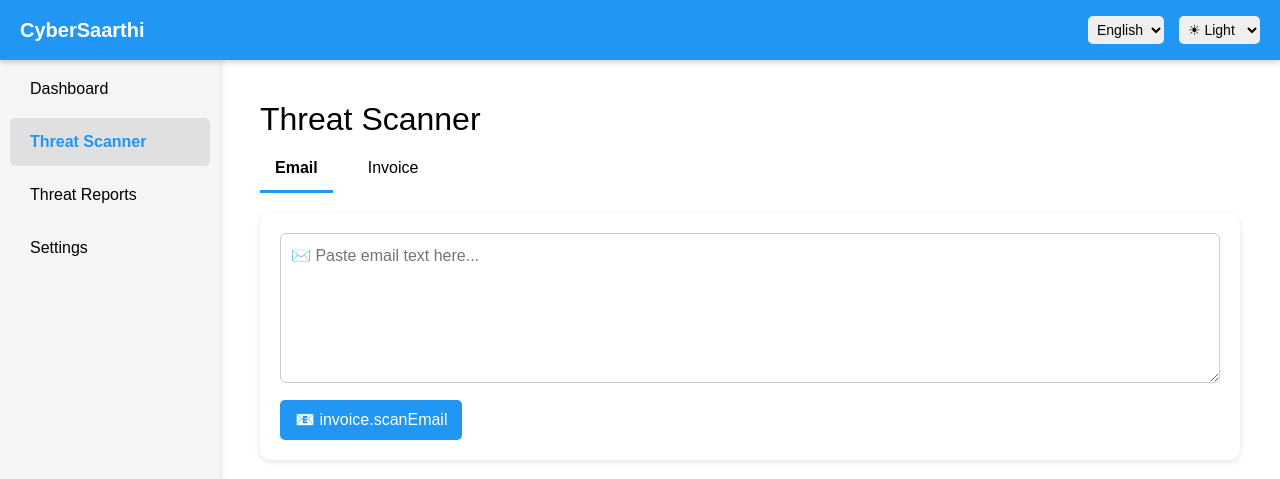
Repository: riyaaaa19/CyberSaarthi
Page: /scanner (app in frontend/)
An editor plug-in stored every save of this project. The page is shown before and after the next save, followed by the edit.
The browser window is 1280 px wide. The pictures show the whole page.
The project was rebuilt for these pictures with package versions that can differ from the ones it lists, and the page was loaded fresh each time. Also part of the build but not shown: frontend/vite.config.ts, frontend/src/services/api.js, frontend/src/pages/Dashboard.js, frontend/src/pages/Reports.js, frontend/src/pages/Settings.js.

Above is the page before, as saved 2025-08-21 19:53:46.

### frontend/src/index.js
import React from "react";
import ReactDOM from "react-dom/client";
import App from "./App";
import "bootstrap/dist/css/bootstrap.min.css";
import "./styles/style.css";

const root = ReactDOM.createRoot(document.getElementById("root"));
root.render(<App />);

### frontend/src/App.js
import React from "react";
import { BrowserRouter as Router, Routes, Route, Navigate } from "react-router-dom";
import Navbar from "./components/Navbar";
import Sidebar from "./components/Sidebar";
import Dashboard from "./pages/Dashboard";
import Scanner from "./pages/Scanner";
import Reports from "./pages/Reports";
import Settings from "./pages/Settings";
import { ThemeLangProvider } from "./ThemeLangContext";  // ✅ Import provider

function App() {
  const layoutStyle = { display: "flex" };
  const contentStyle = {
    marginLeft: "220px",
    flex: 1,
    padding: "20px",
    marginTop: "60px"   // ✅ push down content so it doesn’t overlap navbar
  };

  return (
    <ThemeLangProvider>
      <Router>
        <Navbar />
        <div style={layoutStyle}>
          <Sidebar />
          <div style={contentStyle}>
            <Routes>
              <Route path="/" element={<Navigate to="/dashboard" />} />
              <Route path="/dashboard" element={<Dashboard />} />
              <Route path="/scanner" element={<Scanner />} />
              <Route path="/reports" element={<Reports />} />
              <Route path="/settings" element={<Settings />} />
            </Routes>
          </div>
        </div>
      </Router>
    </ThemeLangProvider>
  );
}

export default App;

### frontend/src/styles/style.css
body {
  font-family: 'Poppins', sans-serif;
  background: #f8f9fa;
}
.sidebar {
  width: 250px;
  background: #fff;
  min-height: 100vh;
}
.nav-link.active {
  background-color: #0d6efd !important;
  color: #fff !important;
}

### frontend/src/components/Navbar.js
import React, { useContext } from "react";
import { ThemeLangContext } from "../ThemeLangContext";
import { useT } from "../i18n";   // ✅ use useT hook

function Navbar() {
  const { theme, setTheme, lang, setLang } = useContext(ThemeLangContext);
  const t = useT();   // ✅ call hook to get translation function

  const navbarStyle = {
    position: "fixed",
    top: 0,
    left: 0,
    width: "100%",
    height: "60px",
    background: theme === "dark" ? "#121212" : "#2196f3",
    color: "#fff",
    display: "flex",
    alignItems: "center",
    justifyContent: "space-between",
    padding: "0 20px",
    boxShadow: "0 2px 6px rgba(0,0,0,0.2)",
    zIndex: 1000
  };

  const titleStyle = {
    fontSize: "20px",
    fontWeight: "bold"
  };

  const controlsStyle = {
    display: "flex",
    alignItems: "center",
    gap: "15px"
  };

  const selectStyle = {
    padding: "5px",
    borderRadius: "5px",
    border: "none",
    fontSize: "14px",
    cursor: "pointer"
  };

  return (
    <div style={navbarStyle}>
      {/* App Title */}
      <div style={titleStyle}>{t("app.title")}</div>

      {/* Controls */}
      <div style={controlsStyle}>
        {/* Language Selector */}
        <select
          value={lang}
          onChange={(e) => setLang(e.target.value)}
          style={selectStyle}
        >
          <option value="en">English</option>
          <option value="hi">हिन्दी</option>
        </select>

        {/* Theme Selector */}
        <select
          value={theme}
          onChange={(e) => setTheme(e.target.value)}
          style={selectStyle}
        >
          <option value="light">☀ Light</option>
          <option value="dark">🌙 Dark</option>
        </select>
      </div>
    </div>
  );
}

export default Navbar;

### frontend/src/components/Sidebar.js
import React, { useContext } from "react";
import { Link, useLocation } from "react-router-dom";
import { ThemeLangContext } from "../ThemeLangContext";
import { useT } from "../i18n";   // ✅ use hook

function Sidebar() {
  const { theme } = useContext(ThemeLangContext);
  const location = useLocation();
  const t = useT();   // ✅ call hook

  const sidebarStyle = {
    width: "220px",
    height: "100vh",
    position: "fixed",
    left: 0,
    top: 0,
    background: theme === "dark" ? "#1e1e1e" : "#f5f5f5",
    color: theme === "dark" ? "#fff" : "#000",
    paddingTop: "60px",
    boxShadow: "2px 0 5px rgba(0,0,0,0.1)"
  };

  const linkStyle = (path) => ({
    display: "block",
    padding: "12px 20px",
    color:
      location.pathname === path
        ? "#2196f3"
        : theme === "dark"
        ? "#ddd"
        : "#000",
    textDecoration: "none",
    fontWeight: location.pathname === path ? "bold" : "normal",
    background:
      location.pathname === path
        ? theme === "dark"
          ? "#333"
          : "#e0e0e0"
        : "transparent",
    borderRadius: "5px",
    margin: "5px 10px"
  });

  return (
    <div style={sidebarStyle}>
      <Link to="/dashboard" style={linkStyle("/dashboard")}>
        {t("dashboard.title")}
      </Link>
      <Link to="/scanner" style={linkStyle("/scanner")}>
        {t("scanner.title")}
      </Link>
      <Link to="/reports" style={linkStyle("/reports")}>
        {t("reports.title")}
      </Link>
      <Link to="/settings" style={linkStyle("/settings")}>
        {t("settings.title")}
      </Link>
    </div>
  );
}

export default Sidebar;

### frontend/src/pages/Scanner.js
import React, { useState, useContext, useEffect } from "react";
import { useT } from "../i18n";
import { ThemeLangContext } from "../ThemeLangContext";

function Scanner() {
  const t = useT();
  const { theme } = useContext(ThemeLangContext);

  const [activeTab, setActiveTab] = useState("email");
  const [input, setInput] = useState("");
  const [result, setResult] = useState(null);

  // ✅ Reset textarea + result when switching tab
  useEffect(() => {
    setInput("");
    setResult(null);
  }, [activeTab]);

  // styles
  const boxStyle = {
    padding: "20px",
    borderRadius: "10px",
    marginTop: "20px",
    background: theme === "dark" ? "#1e1e1e" : "#fff",
    color: theme === "dark" ? "#f5f5f5" : "#000",
    boxShadow: "0 2px 6px rgba(0,0,0,0.1)",
  };

  const tabStyle = (tab) => ({
    padding: "10px 15px",
    cursor: "pointer",
    borderBottom:
      activeTab === tab
        ? `3px solid ${theme === "dark" ? "#90caf9" : "#2196f3"}`
        : "3px solid transparent",
    fontWeight: activeTab === tab ? "bold" : "normal",
    color: theme === "dark" ? "#f5f5f5" : "#000",
  });

  const buttonStyle = {
    marginTop: "10px",
    padding: "8px 15px",
    background: theme === "dark" ? "#90caf9" : "#2196f3",
    color: theme === "dark" ? "#000" : "white",
    border: "none",
    borderRadius: "5px",
    cursor: "pointer",
  };

  // 🔔 Browser notification function
  function showNotification(title, body) {
    if (Notification.permission === "granted") {
      new Notification(title, { body });
    } else if (Notification.permission !== "denied") {
      Notification.requestPermission().then((permission) => {
        if (permission === "granted") {
          new Notification(title, { body });
        }
      });
    }
  }

  const handleScan = async () => {
    if (!input.trim()) {
      setResult({ verdict: "⚠️", explanation: "Please paste some text first." });
      return;
    }

    setResult({ verdict: "⏳", explanation: "Scanning..." });

    const endpoint =
      activeTab === "email"
        ? "http://localhost:8000/v1/scan/email"
        : "http://localhost:8000/v1/scan/invoice";

    const body =
      activeTab === "email"
        ? { email_text: input, lang: "en" }
        : { invoice_text: input, lang: "en" };

    try {
      const res = await fetch(endpoint, {
        method: "POST",
        headers: {
          "Content-Type": "application/json",
          "x-api-key": localStorage.getItem("API_KEY") || "changeme-demo-key",
        },
        body: JSON.stringify(body),
      });

      const data = await res.json();
      setResult(data);

      showNotification("Scan Result", `${data.verdict} - ${data.explanation}`);
    } catch (err) {
      console.error(err);
      setResult({ verdict: "ERROR", explanation: "⚠️ Error scanning. Check backend." });
      showNotification("Scan Error", "Could not reach backend.");
    }
  };

  return (
    <div style={{ padding: "20px" }}>
      <h2>{t("scanner.title")}</h2>

      {/* Tabs */}
      <div style={{ display: "flex", gap: "20px", marginBottom: "20px" }}>
        <div style={tabStyle("email")} onClick={() => setActiveTab("email")}>
          {t("scanner.emailTab")}
        </div>
        <div style={tabStyle("invoice")} onClick={() => setActiveTab("invoice")}>
          {t("scanner.invoiceTab")}
        </div>
      </div>

      {/* Input box */}
      <div style={boxStyle}>
        <textarea
          placeholder={
            activeTab === "email"
              ? "✉️ Paste email text here..."
              : t("invoice.paste")
          }
          value={input}
          onChange={(e) => setInput(e.target.value)}
          style={{
            width: "100%",
            height: "150px",
            padding: "10px",
            borderRadius: "6px",
            border: "1px solid #ccc",
            background: theme === "dark" ? "#2c2c2c" : "#fff",
            color: theme === "dark" ? "#f5f5f5" : "#000",
          }}
        />
        <button onClick={handleScan} style={buttonStyle}>
          {activeTab === "email" ? `📧 ${t("invoice.scanEmail")}` : t("invoice.scanText")}
        </button>

      </div>

      {/* Result */}
      {result && (
        <div
          style={{
            marginTop: "20px",
            fontWeight: "bold",
            color: theme === "dark" ? "#90caf9" : "#444",
          }}
        >
          <p><b>Verdict:</b> {result.verdict}</p>
          <p><b>Score:</b> {result.score ?? "N/A"}</p>
          <p><b>Explanation:</b> {result.explanation}</p>
        </div>
      )}
    </div>
  );
}

export default Scanner;

### frontend/src/ThemeLangContext.js
import React, { createContext, useState, useEffect } from "react";

export const ThemeLangContext = createContext();

export const ThemeLangProvider = ({ children }) => {
  const [theme, setTheme] = useState(localStorage.getItem("THEME") || "light");
  const [lang, setLang] = useState(localStorage.getItem("LANG") || "en");

  // Apply theme globally
  useEffect(() => {
    localStorage.setItem("THEME", theme);
    document.body.style.background = theme === "dark" ? "#121212" : "#fff";
    document.body.style.color = theme === "dark" ? "#f5f5f5" : "#000";
  }, [theme]);

  // Persist lang
  useEffect(() => {
    localStorage.setItem("LANG", lang);
  }, [lang]);

  return (
    <ThemeLangContext.Provider value={{ theme, setTheme, lang, setLang }}>
      {children}
    </ThemeLangContext.Provider>
  );
};

### frontend/src/i18n.js
import { useContext } from "react";
import { ThemeLangContext } from "./ThemeLangContext";

const MESSAGES = {
  en: {
    "app.title": "CyberSaarthi",

    // Common
    "common.verdict": "Verdict",
    "common.score": "Score",
    "common.explanation": "Explanation",

    // Email Scanner Verdicts
    "email.safe": "Safe",
    "email.suspicious": "Suspicious",
    "email.malicious": "Malicious",

    // Invoice Scanner
    "invoice.title": "Invoice Scanner",
    "invoice.safe": "Invoice Safe",
    "invoice.suspicious": "Invoice Suspicious",
    "invoice.malicious": "Invoice Malicious",
    "invoice.upload": "Upload invoice file (PDF/image)",
    "invoice.paste": "Or paste invoice text",
    "invoice.scanText": "Scan Text",

    // Dashboard
    "dashboard.title": "Dashboard",
    "dashboard.total": "Total Scans",
    "dashboard.safe": "Safe",
    "dashboard.suspicious": "Suspicious",
    "dashboard.malicious": "Malicious",
    "dashboard.distribution": "Threat Distribution",
    "dashboard.trend": "Threat Trend",
    "dashboard.recentReports": "Recent Reports",
    "dashboard.recentActivity": "Recent Activity",
    "dashboard.verdict": "Verdict",
    "dashboard.score": "Score",
    "dashboard.explanation": "Explanation",
    "dashboard.date": "Date",
    "dashboard.noReports": "No reports available",

    // Reports
    "reports.title": "Threat Reports",

    // Scanner
    "scanner.title": "Threat Scanner",
    "scanner.emailTab": "Email",
    "scanner.invoiceTab": "Invoice",

    // Settings
    "settings.title": "Settings",
    "settings.apiBase": "API Base URL",
    "settings.apiKey": "API Key (x-api-key header)",
    "settings.lang": "Language",
    "settings.theme": "Theme",
    "settings.light": "Light",
    "settings.dark": "Dark",
    "settings.notifications": "Enable Notifications",
    "settings.save": "Save",
    "settings.saved": "Settings saved successfully!"
  },

  hi: {
    "app.title": "साइबर सारथी",

    // Common
    "common.verdict": "परिणाम",
    "common.score": "स्कोर",
    "common.explanation": "व्याख्या",

    // Email Scanner Verdicts
    "email.safe": "सुरक्षित",
    "email.suspicious": "संदिग्ध",
    "email.malicious": "हानिकारक",

    // Invoice Scanner
    "invoice.title": "इनवॉइस स्कैनर",
    "invoice.safe": "इनवॉइस सुरक्षित",
    "invoice.suspicious": "इनवॉइस संदिग्ध",
    "invoice.malicious": "हानिकारक इनवॉइस",
    "invoice.upload": "इनवॉइस फ़ाइल अपलोड करें (PDF/इमेज)",
    "invoice.paste": "या इनवॉइस टेक्स्ट पेस्ट करें",
    "invoice.scanText": "टेक्स्ट स्कैन करें",

    // Dashboard
    "dashboard.title": "डैशबोर्ड",
    "dashboard.total": "कुल स्कैन",
    "dashboard.safe": "सुरक्षित",
    "dashboard.suspicious": "संदिग्ध",
    "dashboard.malicious": "हानिकारक",
    "dashboard.distribution": "खतरे का वितरण",
    "dashboard.trend": "खतरे की प्रवृत्ति",
    "dashboard.recentReports": "हाल की रिपोर्टें",
    "dashboard.recentActivity": "हाल की गतिविधियाँ",
    "dashboard.verdict": "परिणाम",
    "dashboard.score": "स्कोर",
    "dashboard.explanation": "व्याख्या",
    "dashboard.date": "तारीख",
    "dashboard.noReports": "कोई रिपोर्ट उपलब्ध नहीं",

    // Reports
    "reports.title": "खतरे की रिपोर्टें",

    // Scanner
    "scanner.title": "खतरा स्कैनर",
    "scanner.emailTab": "ईमेल",
    "scanner.invoiceTab": "इनवॉइस",

    // Settings
    "settings.title": "सेटिंग्स",
    "settings.apiBase": "API बेस URL",
    "settings.apiKey": "API कुंजी (x-api-key हेडर)",
    "settings.lang": "भाषा",
    "settings.theme": "थीम",
    "settings.light": "हल्की",
    "settings.dark": "गहरी",
    "settings.notifications": "सूचनाएं सक्षम करें",
    "settings.save": "सहेजें",
    "settings.saved": "सेटिंग्स सफलतापूर्वक सहेजी गईं!"
  }
};

// ✅ Hook version of translator
export function useT() {
  const { lang } = useContext(ThemeLangContext);
  return (key) => MESSAGES[lang]?.[key] || key;
}

Loaded but not shown: frontend/public/index.html (common file)

After the next save:
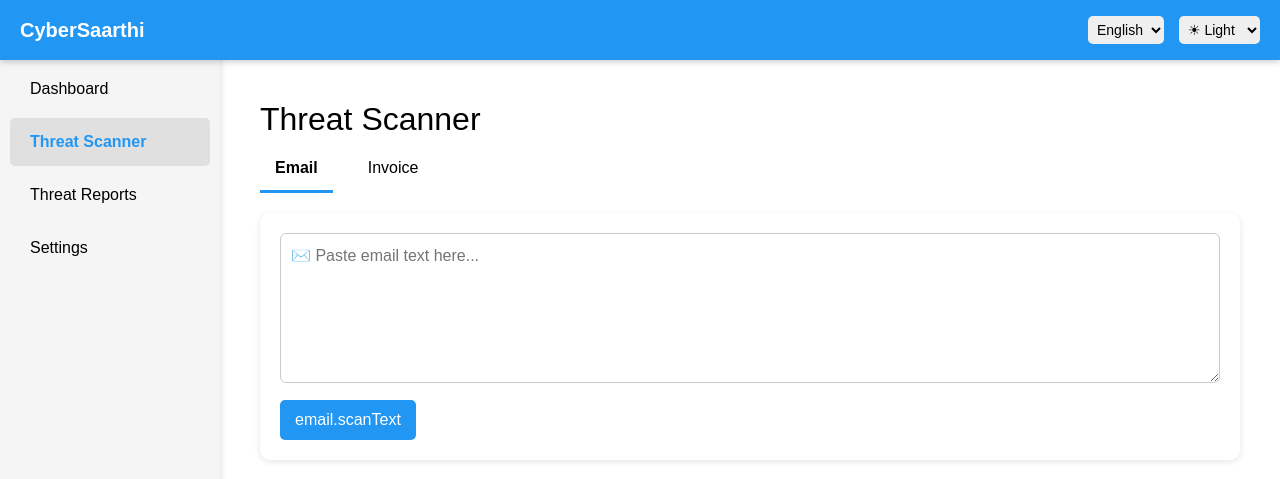
Saved 91 s later.
--- a/frontend/src/pages/Scanner.js
+++ b/frontend/src/pages/Scanner.js
@@ -134,8 +134,9 @@ function Scanner() {
           }}
         />
         <button onClick={handleScan} style={buttonStyle}>
-          {activeTab === "email" ? `📧 ${t("invoice.scanEmail")}` : t("invoice.scanText")}
+          {activeTab === "email" ? t("email.scanText") : t("invoice.scanText")}
         </button>
+
 
       </div>
 
